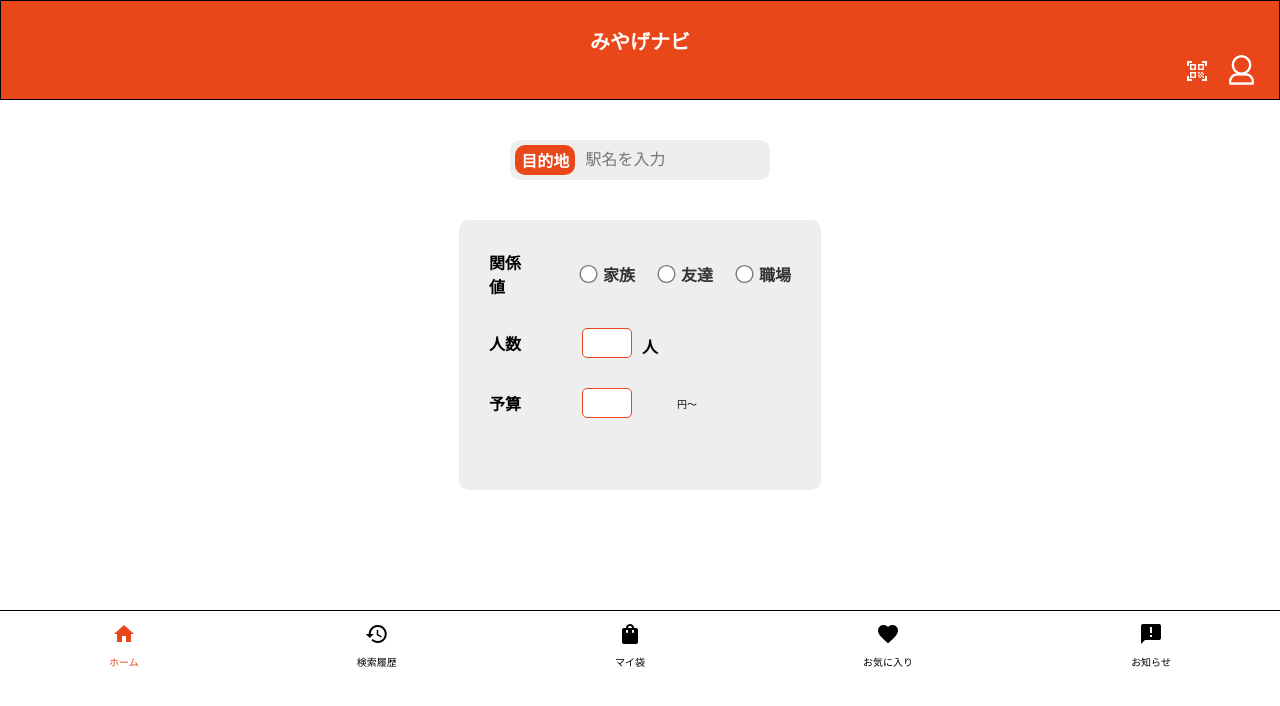
Repository: ama-ne2/miyage_nav
Page: index.html
The author's editor kept a copy of each file at every save. The page is drawn from the files as they stood at one save, then again after the next save.
The browser window is 1280 px wide. The pictures show the whole page.

Above is the page before, as saved 2026-02-06 19:34:33.

### index.html
<!DOCTYPE html>
<html lang="ja">
<head>
    <meta charset="utf-8">
    <meta name="viewport" content="width=device-width, initial-scale=1">
    <meta name="color-scheme" content="light dark">
    <meta name="format-detection" content="telephone=no">
    <meta name="description" content="ここに説明文を設定">
    <title>index</title>

    <!-- 共有用 OGP / X(Twitter) -->
    <meta property="og:site_name" content="サイト名">
    <meta property="og:title" content="サイトタイトル">
    <meta property="og:description" content="サイト説明文">
    <meta property="og:type" content="website">
    <meta property="og:url" content="https://hoge.ecc.com/">
    <meta property="og:image" content="https://hoge.ecc.com/ogp.png">
    <meta name="twitter:card" content="summary_large_image">
    <meta name="twitter:site" content="@twitteraccount">

    <!-- 正規URL -->
    <link rel="canonical" href="https://hoge.ecc.com/">

    <!-- アイコン（SVG優先、ICOフォールバック、Apple Touch） -->
    <link rel="icon" type="image/svg+xml" href="/favicon.svg">
    <link rel="alternate icon" href="/favicon.ico">
    <link rel="apple-touch-icon" href="/apple-touch-icon.png" sizes="180x180">

    <!-- テーマカラー（PWAでなくてもアドレスバー色に反映） -->
    <meta name="theme-color" content="#FFFFFF">

    <link rel="stylesheet" href="css/ress.css">
    <link rel="stylesheet" href="css/style.css">
    <link rel="stylesheet" href="css/index.css">
    <link href="https://fonts.googleapis.com/icon?family=Material+Icons" rel="stylesheet">

</head>
<body>
<div class="main_content">
    <header>
        <div class="header_wrap">
            <h1  class="header_title">みやげナビ</h1>
            <div class="header_icon_wrap">
            <span class="material-icons qr_mark">
                    qr_code_scanner
                </span>
                <p><img src="img/icon.png" alt="マイページのアイコン" class="mypage_icon"></p>
            </div>
        </div>
    </header>
    <main>
        <div class="destination">
            <p>目的地</p>
            <input type="text" placeholder="駅名を入力">
        </div>
        <div class="keyword_wrap">
            <div class="keyword">
                <h2>関係値</h2>
                    <div class="radio_wrap">
                        <input type="radio" name="related" value="家族" id="family"> <label for="family">家族</label>
                        <input type="radio" name="related" value="友達" id="friend"> <label for="friend">友達</label>
                        <input type="radio" name="related" value="職場" id="office"> <label for="office">職場</label>
                    </div>
            </div>
            <div class="keyword">
                <h2>人数</h2>
                <div class="number_wrap">
                    <input type="number" name="people"><p>人</p>
                </div>
            </div>
            <div class="keyword">
                <h2>予算</h2>
                <input type="number" name="mincost"><p>円〜</p>
            </div>
        </div>
    </main>
    <footer>
        <div class="footer_icon active">
            <span class="material-icons">
            home
            </span>
            <p>ホーム</p>
        </div>
        <div class="footer_icon">
            <span class="material-icons">
            history
            </span>
            <p>検索履歴</p>
        </div>
        <div class="footer_icon">
        <span class="material-icons">
        shopping_bag
        </span>
            <p>マイ袋</p>
        </div>
        <div class="footer_icon">
            <span class="material-icons">
            favorite
            </span>
            <p>お気に入り</p>
        </div>
        <div class="footer_icon">
            <span class="material-icons">
            announcement
            </span>
            <p>お知らせ</p>
        </div>
    </footer>
</div>
</body>
</html>

### css/ress.css

/* resset.dev • v5.0.2 */

/* # =================================================================
   # Global selectors
   # ================================================================= */

html {
  box-sizing: border-box;
  -webkit-text-size-adjust: 100%; /* Prevent adjustments of font size after orientation changes in iOS */
  word-break: normal;
  -moz-tab-size: 4;
  tab-size: 4;
}

*,
::before,
::after {
  background-repeat: no-repeat; /* Set `background-repeat: no-repeat` to all elements and pseudo elements */
  box-sizing: inherit;
}

::before,
::after {
  text-decoration: inherit; /* Inherit text-decoration and vertical align to ::before and ::after pseudo elements */
  vertical-align: inherit;
}

* {
  padding: 0; /* Reset `padding` and `margin` of all elements */
  margin: 0;
}

/* # =================================================================
   # General elements
   # ================================================================= */

hr {
  overflow: visible; /* Show the overflow in Edge and IE */
  height: 0; /* Add the correct box sizing in Firefox */
  color: inherit; /* Correct border color in Firefox. */
}

details,
main {
  display: block; /* Render the `main` element consistently in IE. */
}

summary {
  display: list-item; /* Add the correct display in all browsers */
}

small {
  font-size: 80%; /* Set font-size to 80% in `small` elements */
}

[hidden] {
  display: none; /* Add the correct display in IE */
}

abbr[title] {
  border-bottom: none; /* Remove the bottom border in Chrome 57 */
  /* Add the correct text decoration in Chrome, Edge, IE, Opera, and Safari */
  text-decoration: underline;
  text-decoration: underline dotted;
}

a {
  background-color: transparent; /* Remove the gray background on active links in IE 10 */
}

a:active,
a:hover {
  outline-width: 0; /* Remove the outline when hovering in all browsers */
}

code,
kbd,
pre,
samp {
  font-family: monospace, monospace; /* Specify the font family of code elements */
}

pre {
  font-size: 1em; /* Correct the odd `em` font sizing in all browsers */
}

b,
strong {
  font-weight: bolder; /* Add the correct font weight in Chrome, Edge, and Safari */
}

/* https://gist.github.com/unruthless/413930 */
sub,
sup {
  font-size: 75%;
  line-height: 0;
  position: relative;
  vertical-align: baseline;
}

sub {
  bottom: -0.25em;
}

sup {
  top: -0.5em;
}

table {
  border-color: inherit; /* Correct border color in all Chrome, Edge, and Safari. */
  text-indent: 0; /* Remove text indentation in Chrome, Edge, and Safari */
}

iframe {
  border-style: none;
}

/* # =================================================================
   # Forms
   # ================================================================= */

input {
  border-radius: 0;
}

[type='number']::-webkit-inner-spin-button,
[type='number']::-webkit-outer-spin-button {
  height: auto; /* Correct the cursor style of increment and decrement buttons in Chrome */
}

[type='search'] {
  -webkit-appearance: textfield; /* Correct the odd appearance in Chrome and Safari */
  outline-offset: -2px; /* Correct the outline style in Safari */
}

[type='search']::-webkit-search-decoration {
  -webkit-appearance: none; /* Remove the inner padding in Chrome and Safari on macOS */
}

textarea {
  overflow: auto; /* Internet Explorer 11+ */
  resize: vertical; /* Specify textarea resizability */
}

button,
input,
optgroup,
select,
textarea {
  font: inherit; /* Specify font inheritance of form elements */
}

optgroup {
  font-weight: bold; /* Restore the font weight unset by the previous rule */
}

button {
  overflow: visible; /* Address `overflow` set to `hidden` in IE 8/9/10/11 */
}

button,
select {
  text-transform: none; /* Firefox 40+, Internet Explorer 11- */
}

/* Apply cursor pointer to button elements */
button,
[type='button'],
[type='reset'],
[type='submit'],
[role='button'] {
  cursor: pointer;
}

/* Remove inner padding and border in Firefox 4+ */
button::-moz-focus-inner,
[type='button']::-moz-focus-inner,
[type='reset']::-moz-focus-inner,
[type='submit']::-moz-focus-inner {
  border-style: none;
  padding: 0;
}

/* Replace focus style removed in the border reset above */
button:-moz-focusring,
[type='button']::-moz-focus-inner,
[type='reset']::-moz-focus-inner,
[type='submit']::-moz-focus-inner {
  outline: 1px dotted ButtonText;
}

button,
html [type='button'], /* Prevent a WebKit bug where (2) destroys native `audio` and `video`controls in Android 4 */
[type='reset'],
[type='submit'] {
  -webkit-appearance: button; /* Correct the inability to style clickable types in iOS */
}

/* Remove the default button styling in all browsers */
button,
input,
select,
textarea {
  background-color: transparent;
  border-style: none;
}

a:focus,
button:focus,
input:focus,
select:focus,
textarea:focus {
  outline-width: 0;
}

/* Style select like a standard input */
select {
  -moz-appearance: none; /* Firefox 36+ */
  -webkit-appearance: none; /* Chrome 41+ */
}

select::-ms-expand {
  display: none; /* Internet Explorer 11+ */
}

select::-ms-value {
  color: currentColor; /* Internet Explorer 11+ */
}

legend {
  border: 0; /* Correct `color` not being inherited in IE 8/9/10/11 */
  color: inherit; /* Correct the color inheritance from `fieldset` elements in IE */
  display: table; /* Correct the text wrapping in Edge and IE */
  max-width: 100%; /* Correct the text wrapping in Edge and IE */
  white-space: normal; /* Correct the text wrapping in Edge and IE */
  max-width: 100%; /* Correct the text wrapping in Edge 18- and IE */
}

::-webkit-file-upload-button {
  /* Correct the inability to style clickable types in iOS and Safari */
  -webkit-appearance: button;
  color: inherit;
  font: inherit; /* Change font properties to `inherit` in Chrome and Safari */
}

/* Replace pointer cursor in disabled elements */
[disabled] {
  cursor: default;
}

/* # =================================================================
   # Specify media element style
   # ================================================================= */

img {
  border-style: none; /* Remove border when inside `a` element in IE 8/9/10 */
}

/* Add the correct vertical alignment in Chrome, Firefox, and Opera */
progress {
  vertical-align: baseline;
}

/* # =================================================================
   # Accessibility
   # ================================================================= */

/* Specify the progress cursor of updating elements */
[aria-busy='true'] {
  cursor: progress;
}

/* Specify the pointer cursor of trigger elements */
[aria-controls] {
  cursor: pointer;
}

/* Specify the unstyled cursor of disabled, not-editable, or otherwise inoperable elements */
[aria-disabled='true'] {
  cursor: default;
}

### css/style.css
html{
    font-size: 62.5%;
}

html , body{
    width: 100%;
    height: 100%;
    font-family: "Hiragino Kaku Gothic Pro" , sans-serif;
    display: flex;
    justify-content: center;
    /* background-image: url("../img/miyage_nav_logo.png");
    background-repeat: repeat; */
}
.main_content{
    width: 402px;
}

header{
    width: 100%;
    height: 100px;
    background-color: #E94619;
    position: fixed;
    top: 0;
    left: 0;
    .header_wrap{
        border: 1px solid #000;
        display: flex;
        flex-direction: column;
        justify-content: end;
        margin-top: auto;
        height: 100%;
    }
    .header_title{
        display: flex;
        color: #fff;
        justify-content: center;
    }
    .qr_mark{
        color: #fff;
    }
    .header_icon_wrap{
        /* border: 1px solid #000; */
        display: flex;
        justify-content: end;
        align-items: center;
        margin-right: 25px;
        margin-bottom: 12px;
        gap: 20px;
    }
}
main{
    overflow: scroll;
    /* border: #000 solid 1px; */
}
footer{
    background-color: #fff;
    position: fixed;
    bottom: 0;
    left: 0;
    display: flex;
    justify-content: space-around;
    width: 100vw;
    height: 110px;
    border-top: #000 solid 1px;

/* footerのアイコンたち */
    .footer_icon{
        display: flex;
        flex-direction: column;
        align-items: center;
        gap: 8px;
        margin-top: 11px;
        &.active{
            color: #E94619;
        }
    }
}

### css/index.css
main {
    margin-top: 100px;
}

.destination{
    display: flex;
    align-items: center;
    background-color: #EEE;
    border-radius: 10px;
    width: 260px;
    height: 40px;
    gap: 10px;
    margin: 40px auto;
    p{
        background-color: #E94619;
        color: #fff;
        width: 70px;
        height: 30px;
        display: flex;
        justify-content: center;
        align-items: center;
        border-radius: 10px;
        font-size: 1.6rem;
        font-weight: bold;
        margin-left: 5px;
    }
    input{
        height: 30px;
        width: 80%;
        margin-right: 5px;
        font-size: 1.6rem;
    }
}

.keyword_wrap{
    background-color: #EEE;
    border-radius: 10px;
    width: 362px;
    height: 270px;
    margin: 0 20px;
    padding: 30px;
    .keyword{
        display: flex;
        align-items: center;
        justify-content: start;
        margin-bottom: 30px;
        gap: 45px;
        h2{
            font-size: 1.6rem;
            width: 3em;
        }
        input[type="radio"]{
            accent-color: #E94619;
            transform: scale(1.4);
            margin-right: 3px;
        }
        input[type="radio"] + label{
            transition: 0.15s;
            color: #333;
            display: flex;
            justify-content: center;
            align-items: center;
            border-radius: 10px;
            font-size: 1.6rem;
            margin-right: 20px;
            font-weight: bold;
            &:last-child{
                margin-right: 0;
            }
        }
        .radio_wrap{
            display: flex;
            gap: 5px;
        }
        input[type="number"]{
            border: #E94619 solid 1px;
            background-color: #fff;
            border-radius: 5px;
            width: 50px;
            height: 30px;
            text-align: right;
        }
        .number_wrap{
            display: flex;
            align-items: end;
            gap: 10px;
            p{
                font-size: 1.6rem;
                font-weight: bold;
            }
        }
    }
}

After the next save:
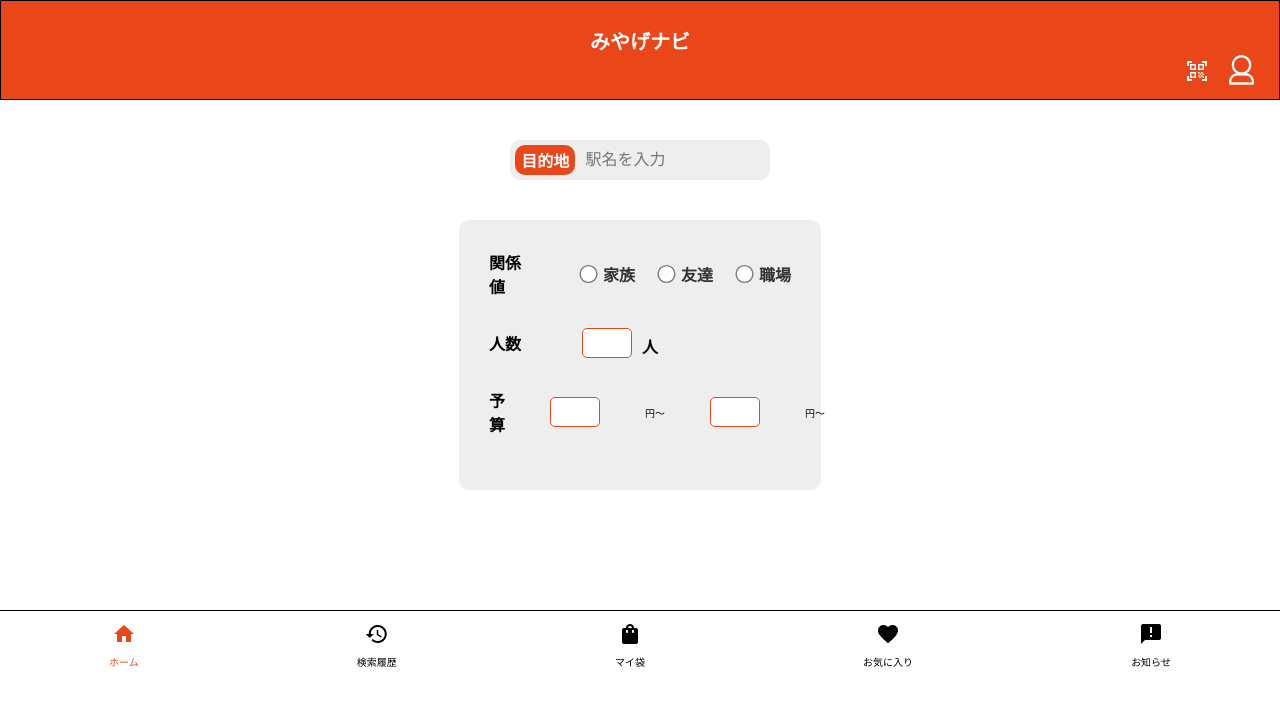
Saved 27 s later.
--- a/index.html
+++ b/index.html
@@ -71,6 +71,7 @@
             <div class="keyword">
                 <h2>予算</h2>
                 <input type="number" name="mincost"><p>円〜</p>
+                <input type="number" name="maxcost"><p>円〜</p>
             </div>
         </div>
     </main>
